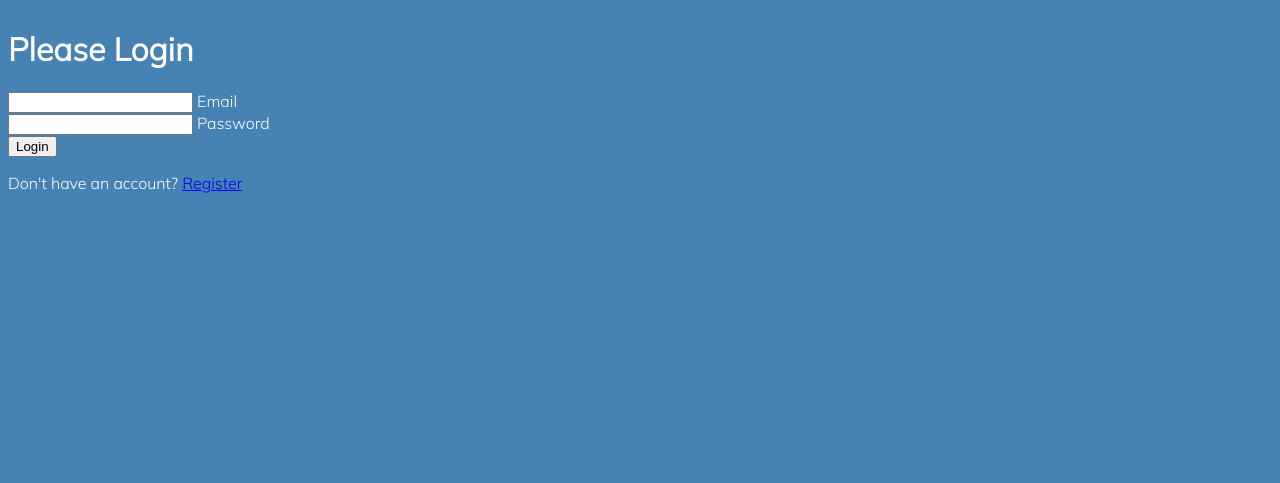
Repository: Berkan71/js-example-little-projects
Page: form-input-wave/index.html
The author's editor kept a copy of each file at every save. The page is drawn from the files as they stood at one save, then again after the next save.
The browser window is 1280 px wide. The pictures show the whole page.

Above is the page before, as saved 2022-07-27 21:22:01.

After the next save:
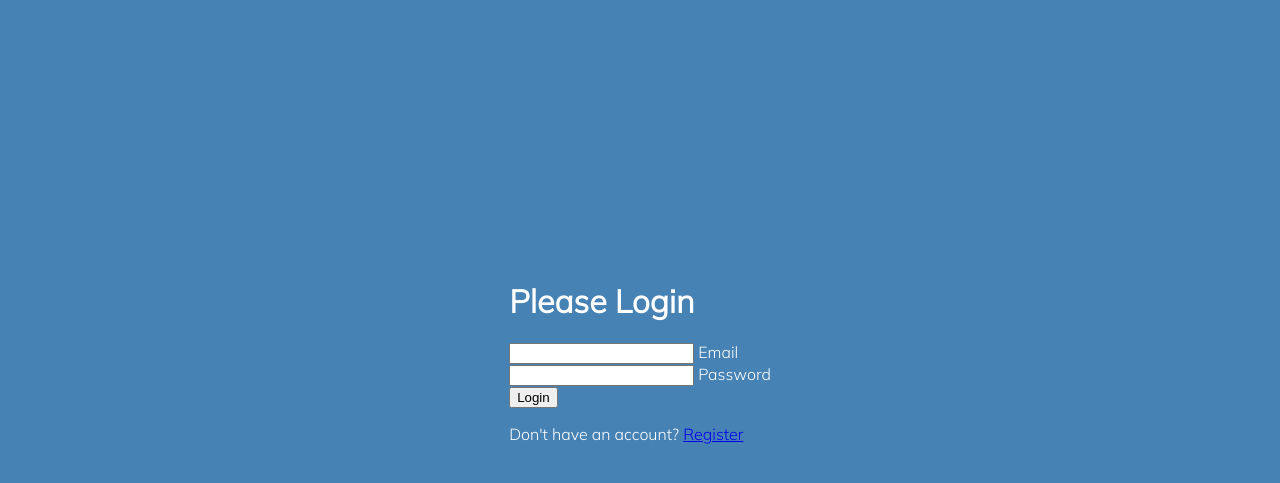
Saved 43 s later.
--- a/form-input-wave/style.css
+++ b/form-input-wave/style.css
@@ -9,4 +9,10 @@ body {
     color: #fff;
     font-family: 'Mulish', sans-serif;
     display: flex;
+    flex-direction: column;
+    align-items: center;
+    justify-content: center;
+    height: 100vh;
+    overflow: hidden;
+    margin: 0;
 }
